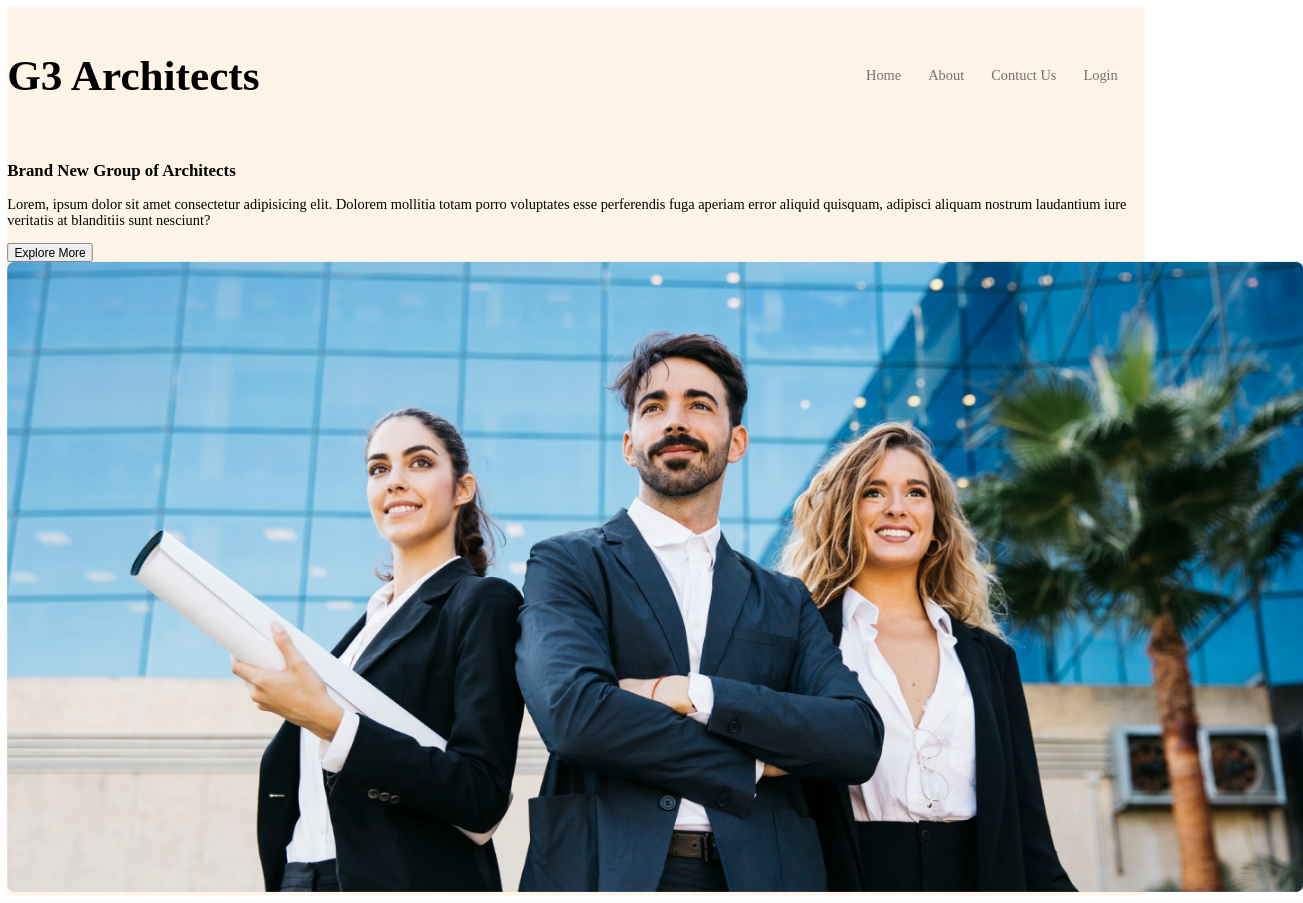
Repository: Safin421/g3-responsive-website
Page: index.html
An editor plug-in stored every save of this project. The page is shown before and after the next save, followed by the edit.
The browser window is 1280 px wide. The page is 1448 px wide, so the pictures cover 1448 px, including what lies to the right of the window. The pictures show the whole page, at 90% of full size.

Above is the page before, as saved 2024-08-19 23:01:21.

### index.html
<!DOCTYPE html>
<html lang="en">
<head>
    <meta charset="UTF-8">
    <meta name="viewport" content="width=device-width, initial-scale=1.0">
    <title>Document</title>
    <link rel="stylesheet" href="style/style.css">
</head>
<body class="work-sans-font">
    <header class="bg-light">
        <nav class="navbar display-flex">
            <h3 class="Brand">G3 Architects</h3>
            <ul class="nav-links display-flex">
                <li class="nav-items"><a href="" class="nav-link text-gray-light">Home</a></li>
                <li class="nav-items"><a href="" class="nav-link text-gray-light">About</a></li>
                <li class="nav-items"><a href="" class="nav-link text-gray-light">Contuct Us </a></li>
                <li class="nav-items"><a href="" class="nav-link text-gray-light">Login</a></li>
            </ul>
        </nav>
        <div class="baner">
           <div class="baner-content">
            <h3 class="baner-titel">Brand New Group of Architects </h3>
            <p class="baner-description">Lorem, ipsum dolor sit amet consectetur adipisicing elit. Dolorem mollitia totam porro voluptates esse perferendis fuga aperiam error aliquid quisquam, adipisci aliquam nostrum laudantium iure veritatis at blanditiis sunt nesciunt?</p>
            <button class="btn-primary">Explore More</button>
           </div>
            <img src="images/banner.png" alt="">

        </div>


    </header>
    <main>

    </main>
    <footer>

    </footer>
</body>
</html>

### style/style.css
@import url('https://fonts.googleapis.com/css2?family=Work+Sans:ital,wght@0,100..900;1,100..900&display=swap');



.work-sans-font> {
  font-family: "Work Sans", sans-serif;
  font-optical-sizing: auto;
  font-weight:400;
  font-style: normal;
}
/* share style */
.display-flex{
    display: flex;
}
/* dark02 */
.text-gray{
    color: #424242;
}
/* dark03 */
.text-gray-light{
    color: #727272;
}
.bg-light{
    background-color: rgba(255, 144, 14, 0.1);
}
/* header style */

/* nav releted style */
.navbar{
    justify-content: space-between;
    align-items: center;
}
.Brand{
    font-weight: 700;
    font-size: 3rem;
}
.nav-items{
    list-style: none;
    margin-right: 30px;
}
.nav-link{
    text-decoration: none;
}
.navbar , .baner{
    max-width: 1440px;
    margin: 0 auto;
}

After the next save:
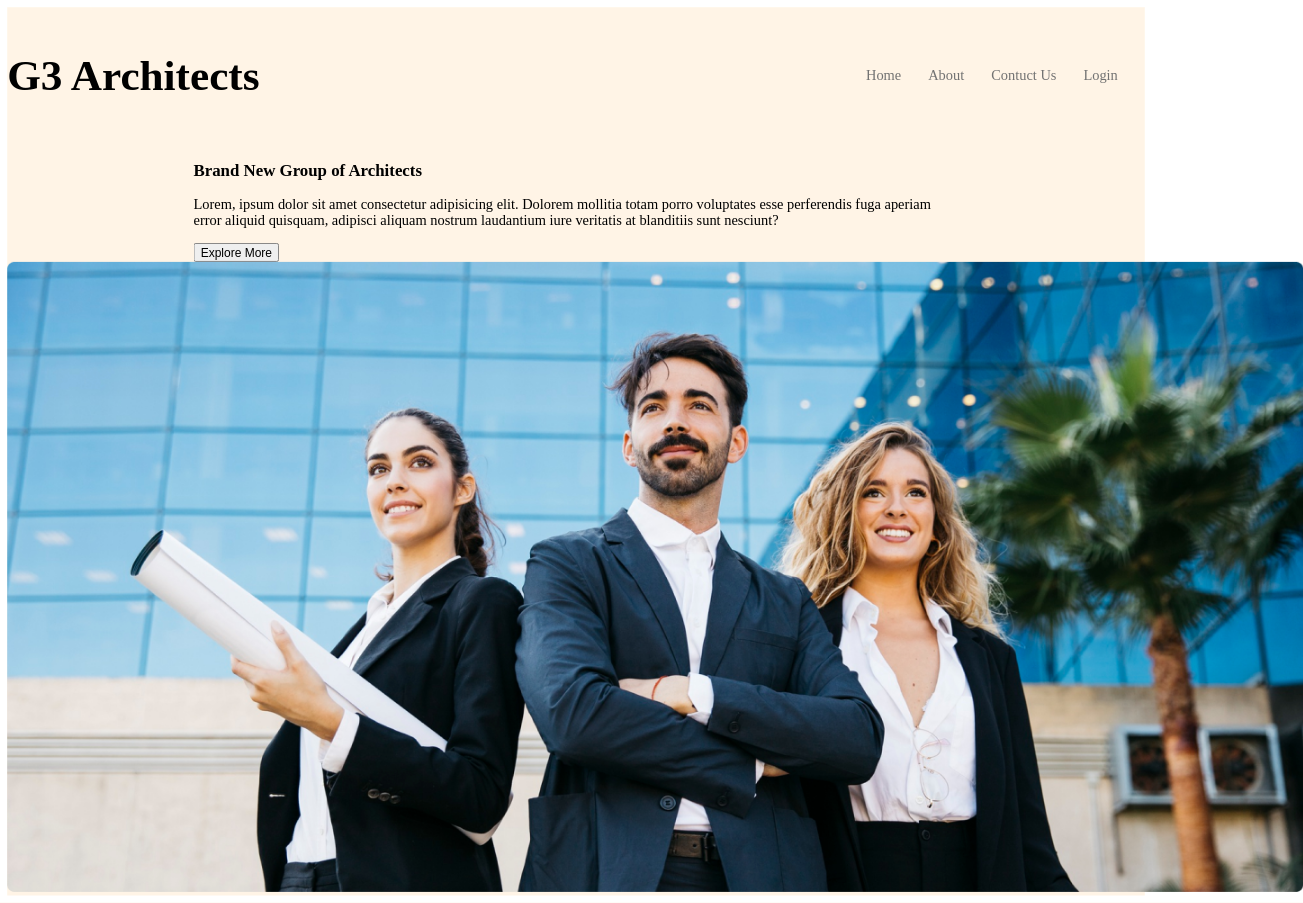
Saved 101 s later.
--- a/style/style.css
+++ b/style/style.css
@@ -45,3 +45,8 @@
     max-width: 1440px;
     margin: 0 auto;
 }
+/* banner style */
+.baner-content{
+    max-width: 850px;
+    margin: 0 auto;
+}
